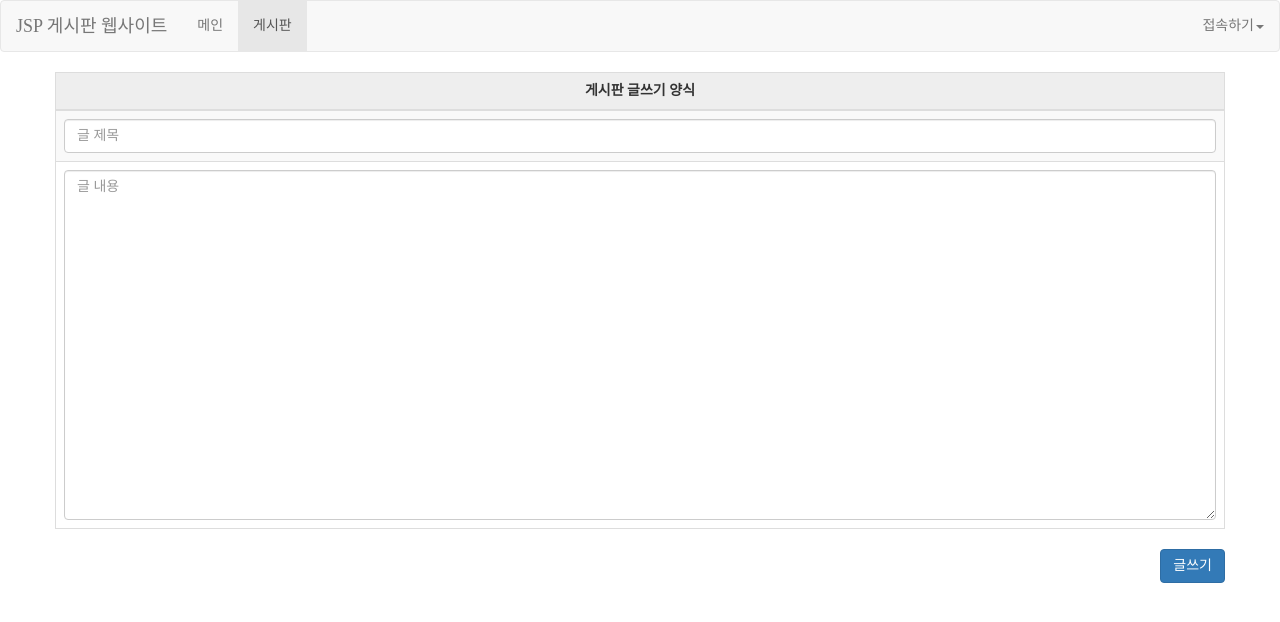
Repository: SweetFriedPotato/BandNote
Page: http://localhost/BBS/write.jsp
The author's editor kept a copy of each file at every save. The page is drawn from the files as they stood at one save, then again after the next save.
The browser window is 1280 px wide. The pictures show the whole page.
Some web fonts or font styles are not loaded; a fallback is used. Some web libraries are served in a nearby version. The page is served by Tomcat 9.

Above is the page before, as saved 2024-03-01 05:36:43.

After the next save:
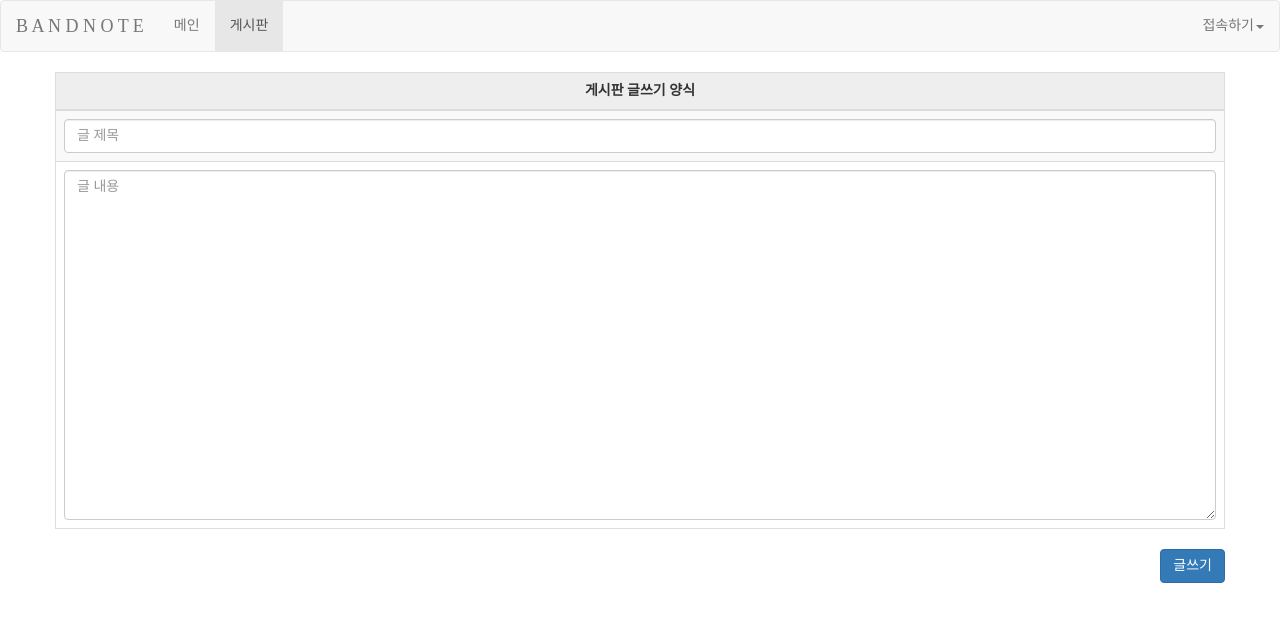
Saved 45 s later.
--- a/BBS/src/main/webapp/write.jsp
+++ b/BBS/src/main/webapp/write.jsp
@@ -28,7 +28,7 @@
              <span class="icon-bar"></span>
              <span class="icon-bar"></span>
              </button>
-             <a class="navbar-brand" href="main.jsp">JSP 게시판 웹사이트</a>
+             <a class="navbar-brand" href="main.jsp">B A N D N O T E</a>
         </div>
 
                 <div class="collapse navbar-collapse" id="bs-example-navbar-collapse-1">
